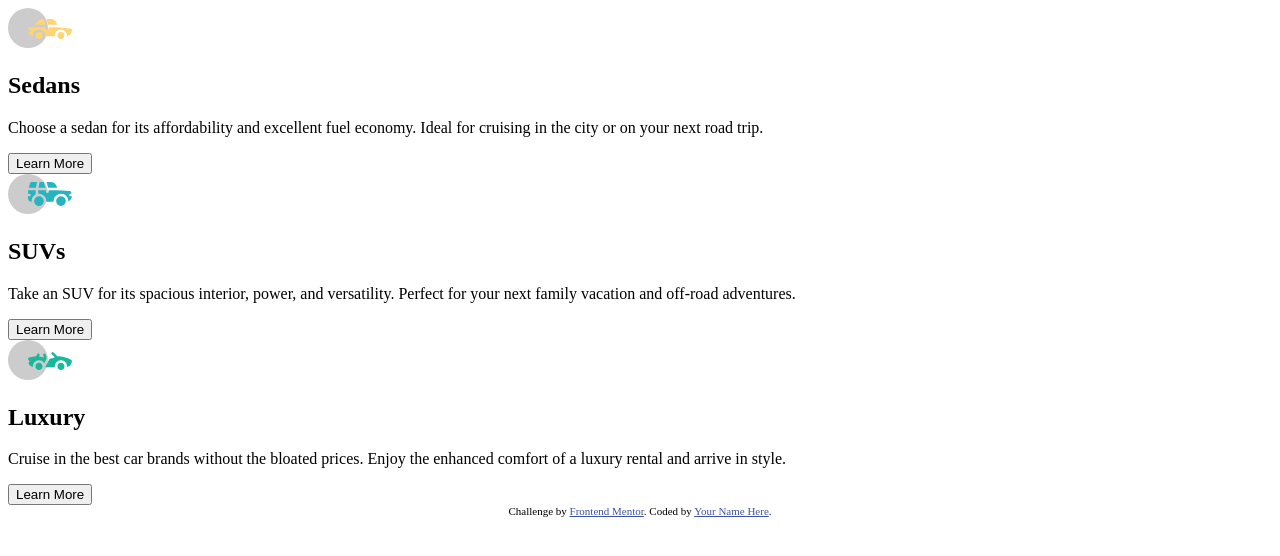
Repository: viniciussnt/3-column-preview-card
Page: index.html
The author's editor kept a copy of each file at every save. The page is drawn from the files as they stood at one save, then again after a run of saves.
The browser window is 1280 px wide. The pictures show the whole page.

Above is the page before, as saved 2023-09-15 10:23:46.

### index.html
<!DOCTYPE html>
<html lang="en">
<head>
  <meta charset="UTF-8">
  <meta name="viewport" content="width=device-width, initial-scale=1.0">
  <link rel="icon" type="image/png" sizes="32x32" href="./images/favicon-32x32.png">
  <link rel="stylesheet" href="./styles/style.css">

  <title>Frontend Mentor | 3-column preview card component</title>

  <!-- Feel free to remove these styles or customise in your own stylesheet 👍 -->
  <style>
    .attribution { font-size: 11px; text-align: center; }
    .attribution a { color: hsl(228, 45%, 44%); }
  </style>
</head>
<body>
  <div class="container">
    <article>

    </article>
      <section class="sedans">
        <div class="img-box">
          <img src="./images/icon-sedans.svg" />
        </div>
        <h1 class="title">Sedans</h1>
        <p>Choose a sedan for its affordability and excellent fuel economy. Ideal for cruising in the city
          or on your next road trip.</p>

          <button>Learn More</button>
      </section>

      <section class="suvs">
        <div class="img-box">
          <img src="./images/icon-suvs.svg" />
        </div>
        <h1 class="title">SUVs</h1>
        <p>Take an SUV for its spacious interior, power, and versatility. Perfect for your next family vacation
          and off-road adventures.</p>

          <button>Learn More</button>
      </section>

      <section class="luxury">
        <div class="img-box">
          <img src="./images/icon-luxury.svg" />
        </div>
        <h1 class="title">Luxury</h1>
        <p>Cruise in the best car brands without the bloated prices. Enjoy the enhanced comfort of a luxury
          rental and arrive in style.</p>

          <button>Learn More</button>
      </section>
  </div>

  <div class="attribution">
    Challenge by <a href="https://www.frontendmentor.io?ref=challenge" target="_blank">Frontend Mentor</a>.
    Coded by <a href="#">Your Name Here</a>.
  </div>
</body>
</html>

Loaded but not shown: styles/style.css (no stored copy; drawn as an empty file)

After the next 3 saves:
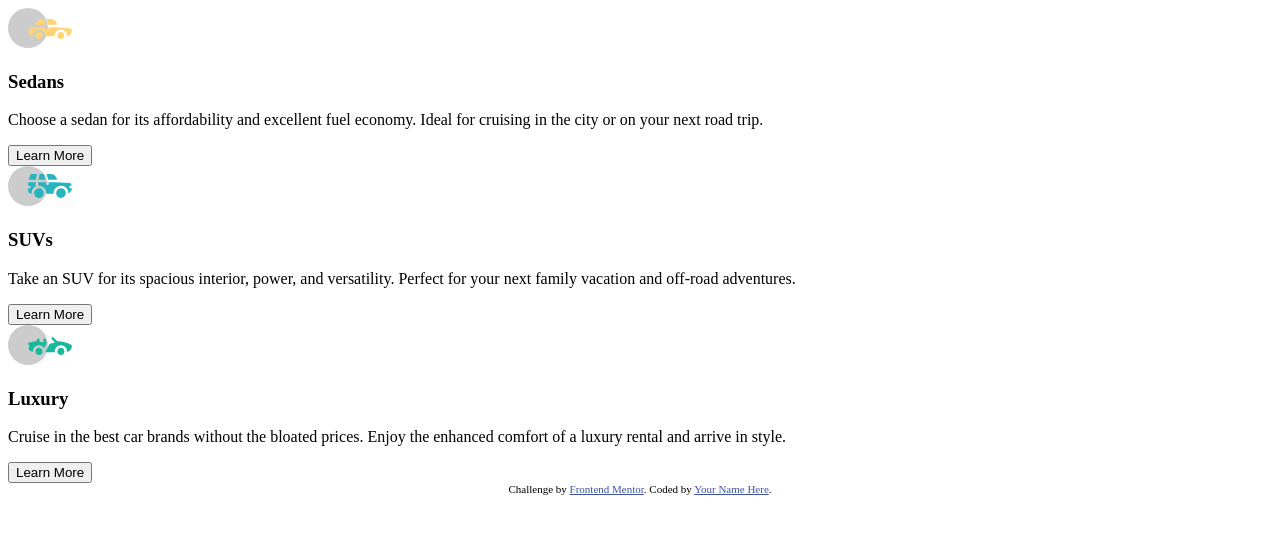
The 3 saves are shown as one change because they came seconds apart.
The last was saved 21 s later.
--- a/index.html
+++ b/index.html
@@ -17,8 +17,6 @@
 <body>
   <div class="container">
     <article>
-
-    </article>
       <section class="sedans">
         <div class="img-box">
           <img src="./images/icon-sedans.svg" />
@@ -51,6 +49,8 @@
 
           <button>Learn More</button>
       </section>
+
+    </article>
   </div>
 
   <div class="attribution">
